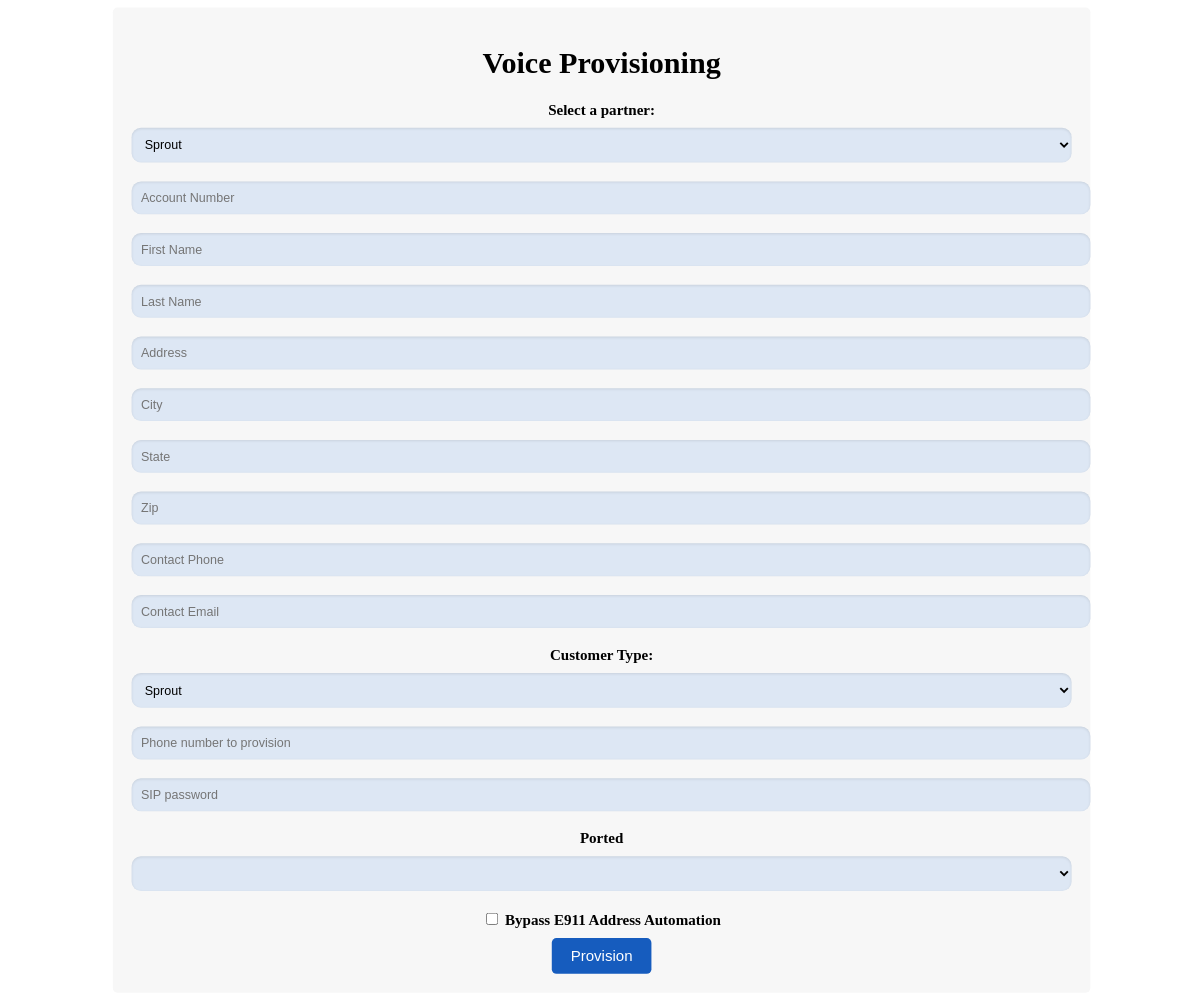
Repository: smallchungus/logiccom
Page: /
These files come from the project's save history. The page is drawn as it stood at one moment and after the next save; the edit follows.
The browser window is 1280 px wide. The pictures show the whole page, at 94% of full size.
The project was rebuilt for these pictures with package versions that can differ from the ones it lists, and the page was loaded fresh each time. Also part of the build but not shown: vite.config.ts.

Above is the page before, as saved 2023-05-04 11:49:19.

After the next save:
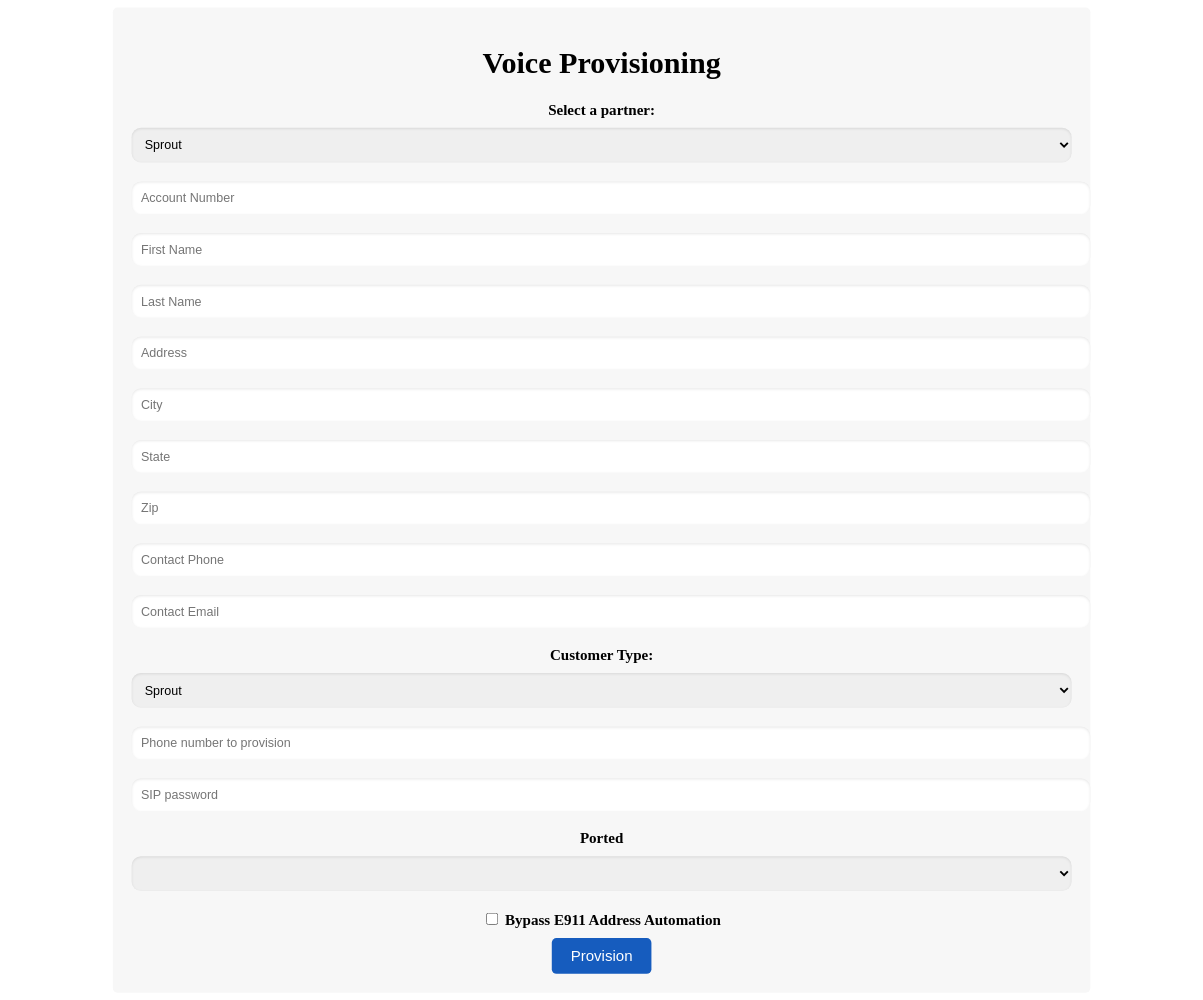
Saved 2 min 43 s later.
--- a/src/styles.css
+++ b/src/styles.css
@@ -24,7 +24,6 @@
   input[type="text"],
   input[type="password"],
   select {
-    background-color: #dde7f4;
     width: 100%;
     padding: 10px;
     border: none;

After the 2 saves that followed:
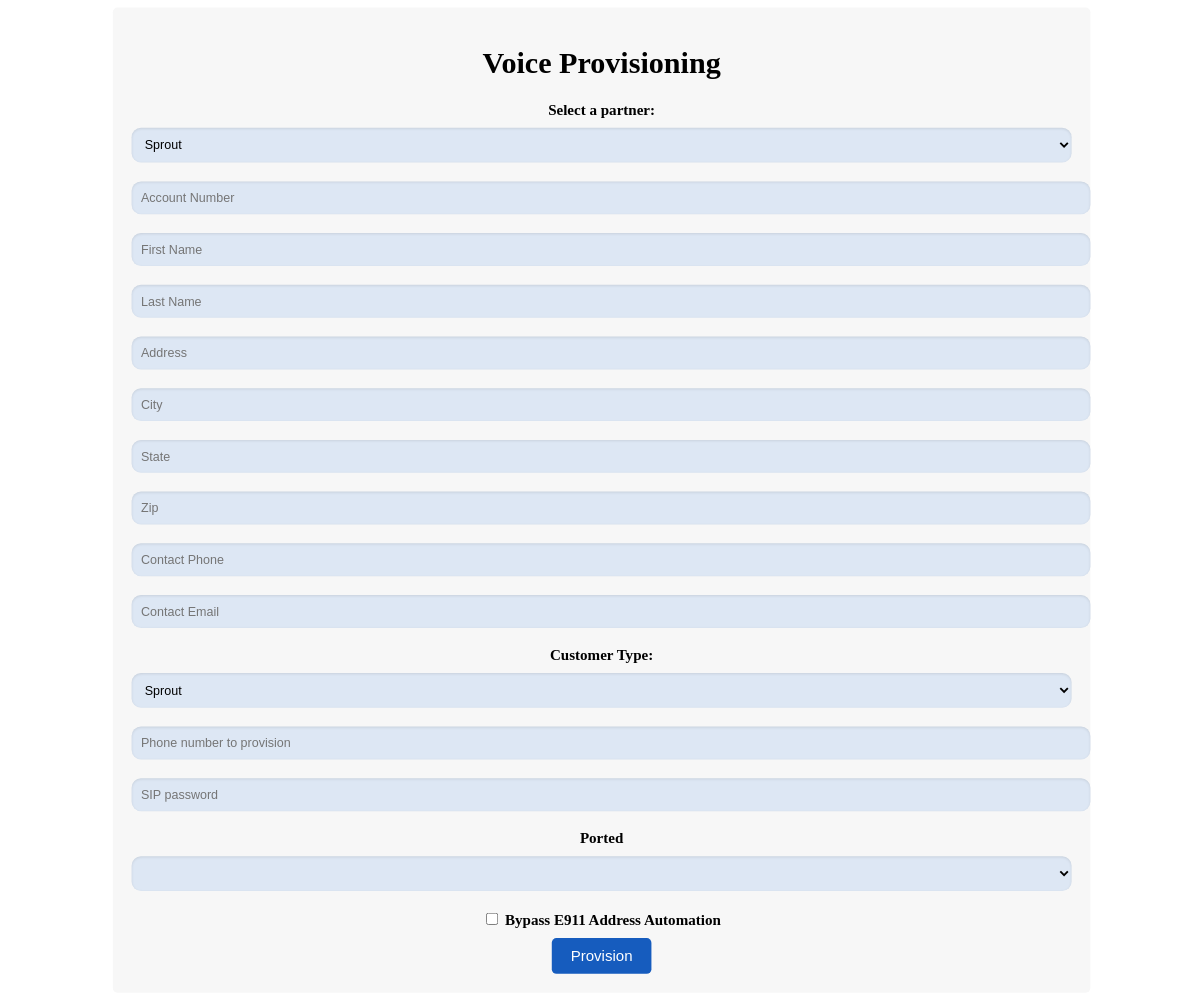
The 2 saves are shown as one change because they came seconds apart.
The last was saved 9 s later.
--- a/src/styles.css
+++ b/src/styles.css
@@ -24,6 +24,7 @@
   input[type="text"],
   input[type="password"],
   select {
+    background-color: #dde7f4;
     width: 100%;
     padding: 10px;
     border: none;
